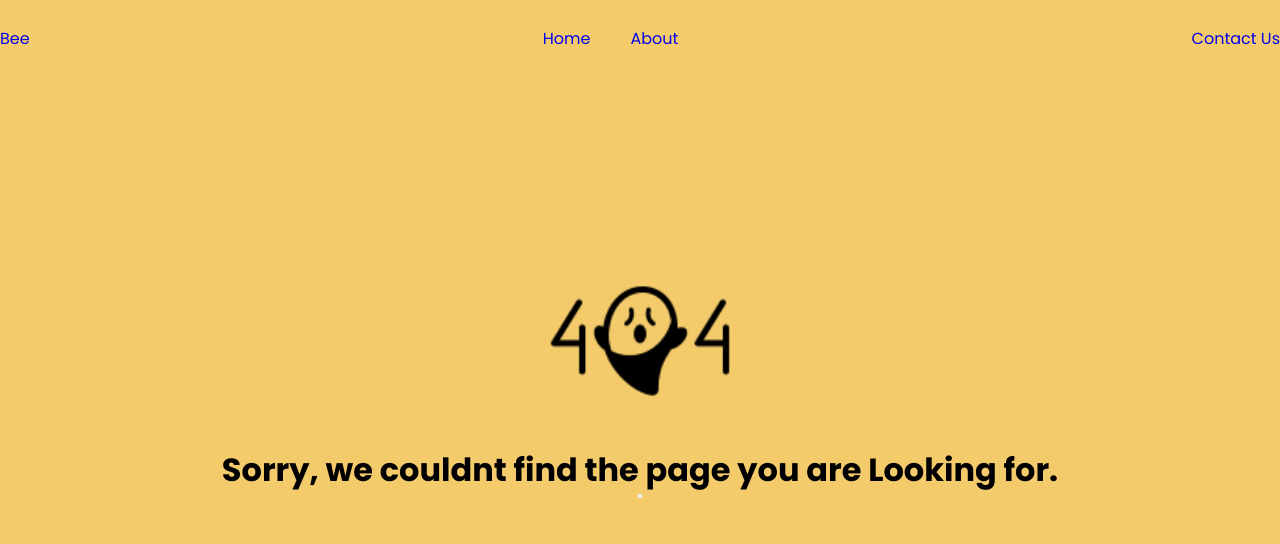
Repository: ble-syn/Random-user-generator-app
Page: /not-found
The author's editor kept a copy of each file at every save. The page is drawn from the files as they stood at one save, then again after the next save.
The browser window is 1280 px wide. The pictures show the whole page.
The project was rebuilt for these pictures with package versions that can differ from the ones it lists, and the page was loaded fresh each time. Also part of the build but not shown: src/components/pagination.jsx, src/components/ErrorFallback.jsx, src/components/User.jsx, src/pages/Home.jsx, src/pages/About.jsx, src/pages/Policy.jsx, src/pages/Terms.jsx, src/pages/Contact.jsx.

Above is the page before, as saved 2022-10-28 17:34:28.

After the next save:
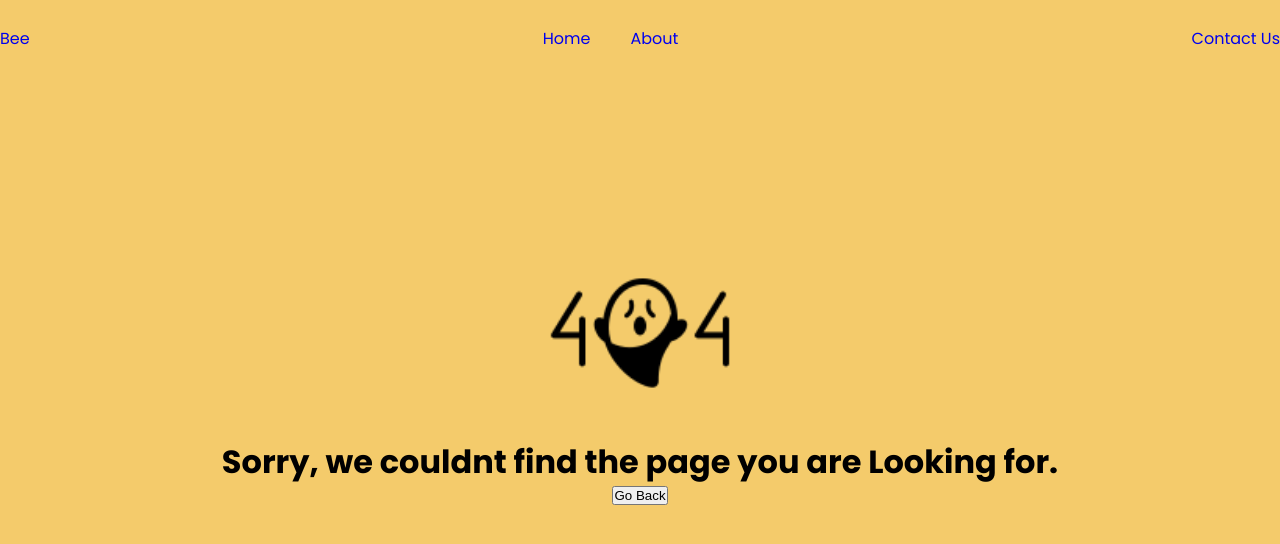
Saved 34 s later.
--- a/src/pages/NotFound.jsx
+++ b/src/pages/NotFound.jsx
@@ -11,7 +11,7 @@ function NotFound() {
   return <div className="notfound">
     <img src={error404} alt="404 error" />
     <p>Sorry, we couldnt find the page you are Looking for.</p>
-    <button onClick={goHome}></button>
+    <button onClick={goHome}>Go Back</button>
   </div>;
 }
 
